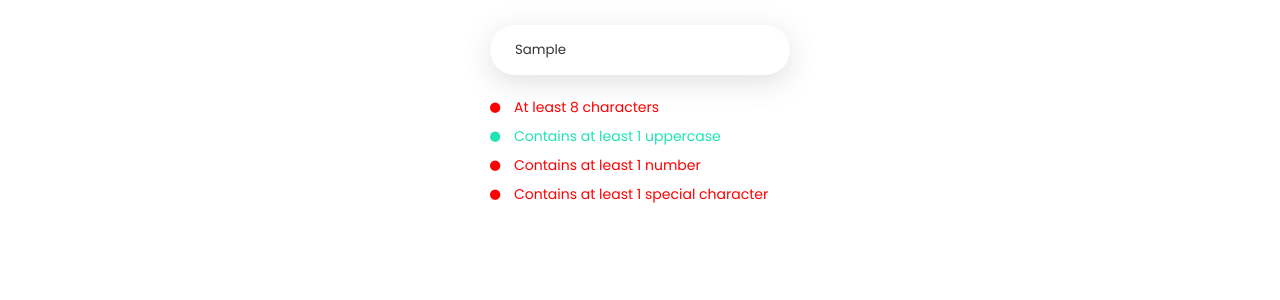
Repository: thuan711/All-about-JS
Page: pass-validation.html
These files come from the project's save history. The page is drawn as it stood at one moment and after the next save; the edit follows.
The browser window is 1280 px wide. The pictures show the whole page.
Empty fields were first filled with sample values (such as "Sample", 5 or name@example.com).
After loading, the first visible `input.input` was changed once.

Above is the page before, as saved 2022-12-30 11:44:30.

### pass-validation.html
<!DOCTYPE html>
<html lang="en">
  <head>
    <meta charset="UTF-8" />
    <meta http-equiv="X-UA-Compatible" content="IE=edge" />
    <title>Input password strength</title>
    <link rel="preconnect" href="https://fonts.gstatic.com" />
    <link
      href="https://fonts.googleapis.com/css2?family=Poppins:wght@400;600&display=swap"
      rel="stylesheet"
    />
    <link
      rel="stylesheet"
      href="https://cdnjs.cloudflare.com/ajax/libs/font-awesome/4.7.0/css/font-awesome.min.css"
      integrity="sha512-SfTiTlX6kk+qitfevl/7LibUOeJWlt9rbyDn92a1DqWOw9vWG2MFoays0sgObmWazO5BQPiFucnnEAjpAB+/Sw=="
      crossorigin="anonymous"
    />
    <style>
        html {
            box-sizing: border-box;
          }
          * {
            margin: 0;
            padding: 0;
          }
          *,
          *:before,
          *:after {
            box-sizing: border-box;
          }
          input,
          textarea,
          select,
          button {
            outline: none;
          }
          input {
            line-height: normal;
          }
          label,
          button {
            cursor: pointer;
          }
          a {
            text-decoration: none;
          }
          img {
            display: block;
            max-width: 100%;
          }
          *,
          *:before,
          *:after {
            box-sizing: border-box;
          }
          /* using rem unit */
          html {
            font-size: 62.5%;
          }
          a {
            text-decoration: none;
          }
          img {
            display: block;
            max-width: 100%;
          }
          body {
            font-family: "Poppins", sans-serif;
            font-size: 16px;
            line-height: 1;
          }

          .input {
            background-color: white;
            border: 0;
            border-radius: 50px;
            padding: 15px 25px;
            padding-right: 50px;
            color: #333;
            font-family: "Poppins", sans-serif;
            display: block;
            box-shadow: rgba(100, 100, 111, 0.2) 0px 7px 29px 0px;
            width: 100%;
          }
          .input.invalid + .input-icons .fa-times,
          .input.valid + .input-icons .fa-check {
            opacity: 1;
            visibility: visible;
            transform: scale(1);
          }
          .input-wrapper {
            position: relative;
            width: 300px;
            margin: 25px auto;
          }
          .input-icons {
            position: absolute;
            top: 50%;
            transform: translateY(-50%);
            right: 25px;
            display: flex;
            justify-content: center;
            align-items: center;
          }
          .input-icons i {
            color: white;
            width: 20px;
            height: 20px;
            border-radius: 20px;
            display: flex;
            justify-content: center;
            align-items: center;
            font-size: 10px;
            opacity: 0;
            visibility: hidden;
            transform: scale(0);
            transition: all 0.2s ease;
            position: absolute;
          }
          .fa-check {
            background-color: #20e3b2;
          }
          .fa-times {
            background-color: #fc5776;
          }
          .check-list {
            margin-top: 25px;
            font-size: 14px;
            font-weight: 300;
            color: #999;
          }
          .check-item {
            margin-bottom: 15px;
          }
          .check-item.active {
            color: #20e3b2;
          }
          .check-item.unactive {
            color: #f00;
          }
          .check-item i {
            font-size: 12px;
            color: inherit;
            margin-right: 10px;
          }
    </style>
  </head>
  <body>
    <div class="input-wrapper">
      <input type="text" class="input" placeholder="Your password" />
      <div class="input-icons">
        <i class="fa fa-check"></i>
        <i class="fa fa-times"></i>
      </div>
      <div class="check-list">
        <div class="check-item check-length" data-validation="length">
          <i class="fa fa-circle"></i> At least 8 characters
        </div>
        <div class="check-item check-upper">
          <i class="fa fa-circle"></i> Contains at least 1 uppercase
        </div>
        <div class="check-item check-number">
          <i class="fa fa-circle"></i> Contains at least 1 number
        </div>
        <div class="check-item check-special">
          <i class="fa fa-circle"></i> Contains at least 1 special character
        </div>
      </div>
    </div>
    <script src="event/pass-validation.js"></script>
  </body>
</html>

### event/pass-validation.js
window.addEventListener("load", function () {
    const passwordInput = document.querySelector(".input");
    passwordInput.addEventListener("input", function (e) {
      const value = e.target.value;
      const checkLengthClass = e.target.parentNode.querySelector(".check-length");
      const checkUpperClass = e.target.parentNode.querySelector(".check-upper");
      const checkNumberClass = e.target.parentNode.querySelector(".check-number");
      const checkSpecialClass =
        e.target.parentNode.querySelector(".check-special");
      const checkItems = e.target.parentNode.querySelectorAll(".check-item");
      if (!value) {
        [...checkItems].forEach((item) => {
          item.classList.remove("active");
          item.classList.remove("unactive");
        });
        return;
      }
      if (value.length < 8) {
        checkLengthClass.classList.add("unactive");
        checkLengthClass.classList.remove("active");
      } else {
        checkLengthClass.classList.add("active");
        checkLengthClass.classList.remove("unactive");
      }

      // if (!/[A-Z]/.test(value)) {
      //   checkUpperClass.classList.add("unactive");
      //   checkUpperClass.classList.remove("active");
      // } else {
      //   checkUpperClass.classList.add("active");
      //   checkUpperClass.classList.remove("unactive");
      // }

      // if (!/[0-9]/.test(value)) {
      //   checkNumberClass.classList.add("unactive");
      //   checkNumberClass.classList.remove("active");
      // } else {
      //   checkNumberClass.classList.add("active");
      //   checkNumberClass.classList.remove("unactive");
      // }

      // if (!/[$@%^&*()}{[\]}!]/.test(value)) {
      //   checkSpecialClass.classList.add("unactive");
      //   checkSpecialClass.classList.remove("active");
      // } else {
      //   checkSpecialClass.classList.add("active");
      //   checkSpecialClass.classList.remove("unactive");
      // }
      passwordInputValidation(checkUpperClass, value, /[A-Z]/);
      passwordInputValidation(checkNumberClass, value, /[0-9]/);
      passwordInputValidation(checkSpecialClass, value, /[$@%^&*()}{[\]}!]/);
    });

    function passwordInputValidation(selector, value, regex) {
      if (!regex.test(value)) {
        selector.classList.add("unactive");
        selector.classList.remove("active");
      } else {
        selector.classList.add("active");
        selector.classList.remove("unactive");
      }
    }
  });

After the next save:
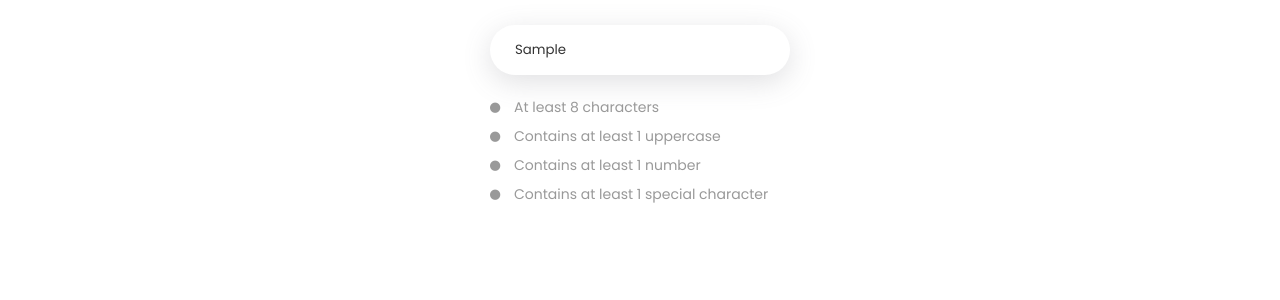
Console error: TypeError: Cannot read properties of null (reading 'classList')
Saved 12 s later.
--- a/event/pass-validation.js
+++ b/event/pass-validation.js
@@ -1,63 +1,20 @@
-window.addEventListener("load", function () {
-    const passwordInput = document.querySelector(".input");
-    passwordInput.addEventListener("input", function (e) {
-      const value = e.target.value;
-      const checkLengthClass = e.target.parentNode.querySelector(".check-length");
-      const checkUpperClass = e.target.parentNode.querySelector(".check-upper");
-      const checkNumberClass = e.target.parentNode.querySelector(".check-number");
-      const checkSpecialClass =
-        e.target.parentNode.querySelector(".check-special");
-      const checkItems = e.target.parentNode.querySelectorAll(".check-item");
-      if (!value) {
-        [...checkItems].forEach((item) => {
-          item.classList.remove("active");
-          item.classList.remove("unactive");
-        });
-        return;
-      }
-      if (value.length < 8) {
-        checkLengthClass.classList.add("unactive");
-        checkLengthClass.classList.remove("active");
-      } else {
-        checkLengthClass.classList.add("active");
-        checkLengthClass.classList.remove("unactive");
-      }
-
-      // if (!/[A-Z]/.test(value)) {
-      //   checkUpperClass.classList.add("unactive");
-      //   checkUpperClass.classList.remove("active");
-      // } else {
-      //   checkUpperClass.classList.add("active");
-      //   checkUpperClass.classList.remove("unactive");
-      // }
-
-      // if (!/[0-9]/.test(value)) {
-      //   checkNumberClass.classList.add("unactive");
-      //   checkNumberClass.classList.remove("active");
-      // } else {
-      //   checkNumberClass.classList.add("active");
-      //   checkNumberClass.classList.remove("unactive");
-      // }
-
-      // if (!/[$@%^&*()}{[\]}!]/.test(value)) {
-      //   checkSpecialClass.classList.add("unactive");
-      //   checkSpecialClass.classList.remove("active");
-      // } else {
-      //   checkSpecialClass.classList.add("active");
-      //   checkSpecialClass.classList.remove("unactive");
-      // }
-      passwordInputValidation(checkUpperClass, value, /[A-Z]/);
-      passwordInputValidation(checkNumberClass, value, /[0-9]/);
-      passwordInputValidation(checkSpecialClass, value, /[$@%^&*()}{[\]}!]/);
+window.addEventListener("load", function(){
+    const passwordInput = document.querySelector("input");
+    passwordInput.addEventListener("input", function(event){
+        const value = event.target.value;
+        const checkLenghtClass = event.target.parentNode.querySelector(".check-lenght");
+        const checkItem = event.target.parentNode.querySelector(".check-item");
+        if(!value){
+            [...checkItem].forEach(item =>{
+                item.classList.remove("active");
+                item.classList.remove("unactive");
+            })
+        }
+        if(value.length < 8){
+            checkLenghtClass.classList.add("unactive");
+        } else{
+            checkLenghtClass.classList.add("active");
+            checkLenghtClass.classList.remove("unactive");
+        }
     });
-
-    function passwordInputValidation(selector, value, regex) {
-      if (!regex.test(value)) {
-        selector.classList.add("unactive");
-        selector.classList.remove("active");
-      } else {
-        selector.classList.add("active");
-        selector.classList.remove("unactive");
-      }
-    }
-  });
+});
